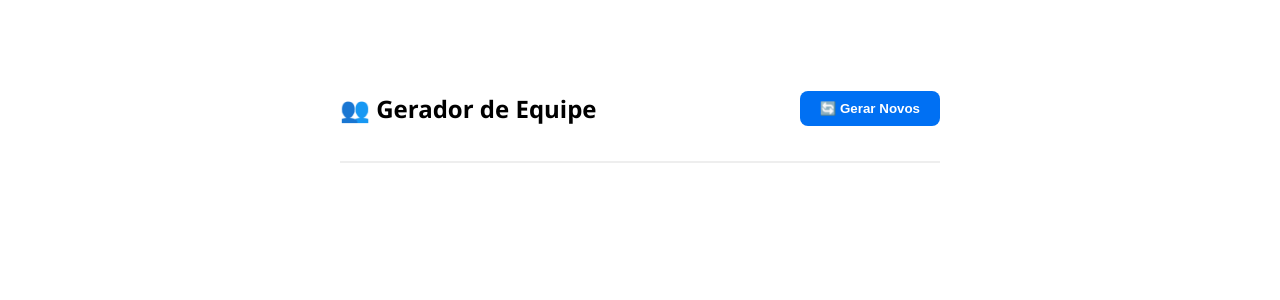
Repository: andrMiotto/Gerador-de-Equipe-Dinamico-React
Page: / (app in vite-project/)
The author's editor kept a copy of each file at every save. The page is drawn from the files as they stood at one save, then again after a run of saves.
The browser window is 1280 px wide. The pictures show the whole page.
The page's requests for data from a server got no answer. The project was rebuilt for these pictures with package versions that can differ from the ones it lists, and the page was loaded fresh each time. No one was signed in, and anything a server would have sent is missing. Also part of the build but not shown: vite-project/vite.config.js.

Above is the page before, as saved 2026-03-24 21:01:50.

### vite-project/src/App.jsx
import './App.css'
import UserGenerator from './components/UserGenerator';

function App() {

  return (
    <>

      <UserGenerator />

    </>
  )
}

export default App

### vite-project/src/components/UserGenerator.jsx
import { useState, useEffect } from 'react';
import './UserGenerator.css';

export default function UserGenerator() {
    const [usuarios, setUsuarios] = useState([]);
    const [loading, setLoading] = useState(false);

    const fetchUsers = async () => {
        setLoading(true);
        try {
            const response = await fetch('https://randomuser.me/api/?results=5');
            const data = await response.json();

            setUsuarios(data.results);
        } catch (error) {
            console.error("Erro ao carregar usuários:", error);
        } finally {
            setLoading(false);
        }
    };

    useEffect(() => {
        fetchUsers();
    }, []);

    return (
        <div className="user-container">
            <header className="user-header">
                <h2>👥 Gerador de Equipe</h2>
                <button
                    onClick={fetchUsers}
                    disabled={loading}
                    className="refresh-button"
                >
                    {loading ? 'Buscando...' : '🔄 Gerar Novos'}
                </button>
            </header>

            <div className="user-grid">
                {loading ? (
                    <p className="loading-text">Carregando novos perfis...</p>
                ) : (
                    usuarios.map((user) => (
                        <div key={user.login.uuid} className="user-card">
                            <img src={user.picture.medium} alt={user.name.first} />
                            <div className="user-info">
                                <strong>{user.name.first} {user.name.last}</strong>
                                <p>{user.email}</p>
                                <span>📍 {user.location.city}, {user.location.country}</span>
                            </div>
                        </div>
                    ))
                )}
            </div>
        </div>
    );
}

### vite-project/src/components/UserGenerator.css
.user-container {
  max-width: 600px;
  margin: 2rem auto;
  font-family: 'Segoe UI', sans-serif;
}

.user-header {
  display: flex;
  justify-content: space-between;
  align-items: center;
  border-bottom: 2px solid #eee;
  padding-bottom: 1rem;
}

.user-grid {
  display: grid;
  gap: 1rem;
  margin-top: 1.5rem;
}

.user-card {
  display: flex;
  align-items: center;
  gap: 1rem;
  padding: 1rem;
  background: #fff;
  border: 1px solid #e1e4e8;
  border-radius: 12px;
  transition: transform 0.2s;
}

.user-card:hover {
  transform: translateY(-3px);
  box-shadow: 0 4px 12px rgba(0, 0, 0, 0.05);
}

.user-card img {
  border-radius: 50%;
  border: 3px solid #0070f3;
  width: 60px;
  height: 60px;
}

.user-info strong {
  font-size: 1.1rem;
  color: #1a1a1a;
}

.user-info p {
  margin: 4px 0;
  color: #666;
  font-size: 0.9rem;
}

.user-info span {
  font-size: 0.8rem;
  color: #999;
}

.refresh-button {
  background: #0070f3;
  color: white;
  border: none;
  padding: 10px 20px;
  border-radius: 8px;
  cursor: pointer;
  font-weight: bold;
}

.refresh-button:disabled {
  background: #ccc;
}

Loaded but not shown: vite-project/index.html (common file); vite-project/src/main.jsx (common file); vite-project/src/App.css (common file)

After the next 3 saves:
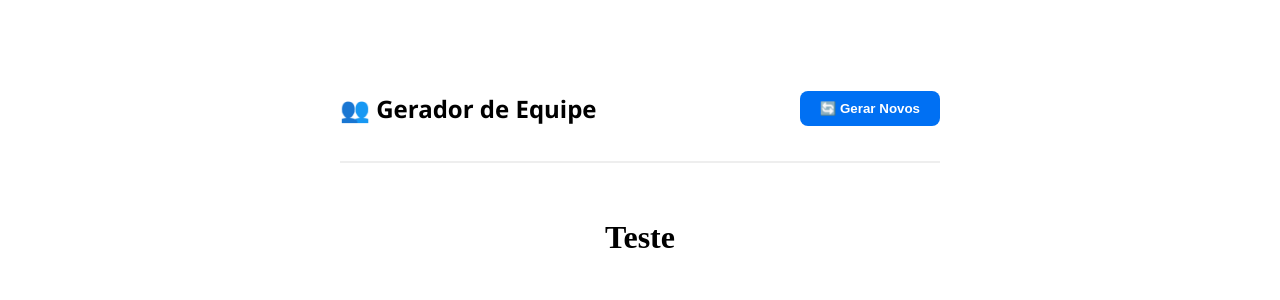
The 3 saves are shown as one change because they came seconds apart.
The last was saved 55 s later.
--- a/vite-project/src/App.jsx
+++ b/vite-project/src/App.jsx
@@ -7,7 +7,7 @@ function App() {
     <>
 
       <UserGenerator />
-
+      <h1>Teste</h1>
     </>
   )
 }
